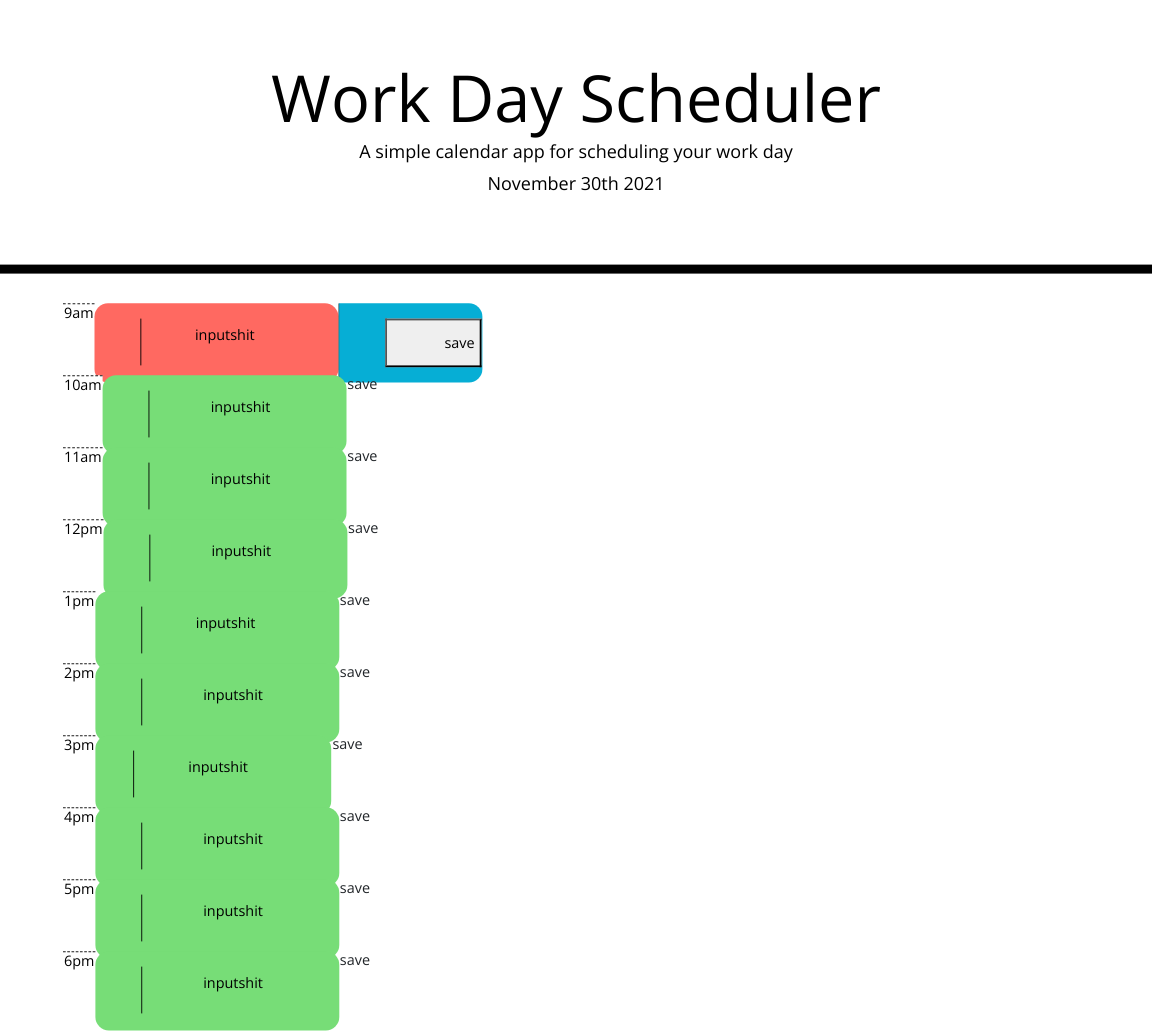
Repository: Naomilounsbury/work-day-scheduler
Page: index.html
The author's editor kept a copy of each file at every save. The page is drawn from the files as they stood at one save, then again after the next save.
The browser window is 1280 px wide. The pictures show the whole page, at 90% of full size.
Some web libraries are served in a nearby version.

Above is the page before, as saved 2021-12-01 20:30:28.

### index.html
<!DOCTYPE html>
<html lang="en">
  <head>
    <meta charset="UTF-8" />
    <meta name="viewport" content="width=device-width, initial-scale=1.0" />
    <meta http-equiv="X-UA-Compatible" content="ie=edge" />
    <link
      rel="stylesheet"
      href="https://stackpath.bootstrapcdn.com/bootstrap/4.3.1/css/bootstrap.min.css"
    />
    <link
      rel="stylesheet"
      href="https://use.fontawesome.com/releases/v5.8.1/css/all.css"
      integrity="sha384-50oBUHEmvpQ+1lW4y57PTFmhCaXp0ML5d60M1M7uH2+nqUivzIebhndOJK28anvf"
      crossorigin="anonymous"
    />
    <link
      href="https://fonts.googleapis.com/css?family=Open+Sans&display=swap"
      rel="stylesheet"
    />
    <link rel="stylesheet" href="./assets/css/style.css" />
    <title>Work Day Scheduler</title>
  </head>

  <body>
    <header class="jumbotron">
      <h1 class="display-3">Work Day Scheduler</h1>
      <p class="lead">A simple calendar app for scheduling your work day</p>
      <p id="currentDay" class="lead"></p>
    </header>
    <div class="container">
      <!-- Timeblocks go here -->
      <table>
        <tr class="row">
          <td class="hour">9am</td>
          <td class="time-block" id="9">
            <textarea>
            inputshit
          </textarea>
          </td>

          <td class="saveBtn">
            <button id ="btn9" value="9">
              save
            </button>
          </td>
        </tr>
        <tr class="row">
          <td class="hour">10am</td>
          <td class="time-block" id="10">
            <textarea>
              inputshit
            </textarea>
          </td>
          <td>save</td>
        </tr>
        <tr class="row">
          <td class="hour">11am</td>
          <td class="time-block" id="11">
            <textarea>
              inputshit
            </textarea>
          </td>
          <td>save</td>
        </tr>
        <tr class="row">
          <td class="hour">12pm</td>
          <td class="time-block" id="12">
            <textarea>
              inputshit
            </textarea>
          </td>
          <td>save</td>
        </tr>
        <tr class="row">
          <td class="hour">1pm</td>
          <td class="time-block" id="13">
            <textarea>
            inputshit</textarea>
          </td>
          <td>save</td>
        </tr>
        <tr class="row">
          <td class="hour">2pm</td>
          <td class="time-block" id="14">
            <textarea>
              inputshit
            </textarea>
          </td>
          <td>save</td>
        </tr>
        <tr class="row">
          <td class="hour">3pm</td>
          <td class="time-block" id="15">
          <textarea>
            inputshit
          </textarea>
          </td>
          <td>save</td>
        </tr>
        <tr class="row">
          <td class="hour">4pm</td>
          <td class="time-block" id="16">
            <textarea>
              inputshit
            </textarea>
          </td>
          <td>save</td>
        </tr>
        <tr class="row">
          <td class="hour">5pm</td>
          <td class="time-block" id="17">
            <textarea>
              inputshit
            </textarea>
          </td>
          <td>save</td>
        </tr>
        <tr class="row">
          <td class="hour">6pm</td>
          <td class="time-block" id="18">
            <textarea>
              inputshit
            </textarea>
          </td>
          <td>save</td>
        </tr>
      </table>
    </div>

    <script src="https://code.jquery.com/jquery-3.4.1.min.js"></script>
    <script src="https://cdnjs.cloudflare.com/ajax/libs/moment.js/2.24.0/moment.min.js"></script>
    <script src="assets/js/script.js"></script>
</body>
</html>

### assets/css/style.css
body {
  font-family: 'Open Sans', sans-serif;
  font-size: 16px;
  line-height: 1;
}

textarea{
  background: transparent;
  border: none;
  resize: none;
  color: #000000;
  border-left: 1px solid black;
  padding: 10px;
}

.jumbotron {
  text-align: center;
  background-color: transparent;
  color: black;
  border-radius: 0;
  border-bottom: 10px solid black;
}

.description{
  white-space: pre-wrap;
}

.time-block{
  text-align: center;
  border-radius: 15px;
}

.row {
  white-space: pre-wrap;
  height: 80px;
  border-top: 1px solid white;;
}

.hour {
  background-color: #ffffff;
  color: #000000;
  border-top: 1px dashed #000000;
}

.past {
  background-color: #d3d3d3;
  color: white;
}

.present {
  background-color: #ff6961;
  color: white;
}

.future {
  background-color: #77dd77;
  color: white;
}

.saveBtn {
  border-left: 1px solid black;
  border-top-right-radius: 15px;
  border-bottom-right-radius: 15px;
  background-color: #06AED5;
  color: white;
}

.saveBtn i:hover {
  font-size: 20px;
  transition: all .3s ease-in-out;
}

### assets/js/script.js
//using moment to get the current time
currentTime = moment();
//connected it to the current day spot in the html
currentDayEl = document.querySelector("#currentDay");
var displayDate = currentTime.format('MMMM Do YYYY');
currentDayEl.innerText = displayDate
//going to get my timeblock element
timeBlockEl = document.querySelectorAll(".time-block");
//made a function called checkTime to check the current time to compare with the time on the scheduler
var checkTime = function(currentEl){
    //will maybe hit a block because will use 24 hours as ids but if the current time that I chose from moment is 12 hours they wont match up
    var timeBlock = moment().hour(parseInt(currentEl.id))
    console.log(timeBlock)
    //if the block hour id is less than the current time hour we return the class name past
    if (timeBlock.hour() < currentTime.hour()){
        return "past"
    }
    if (timeBlock.hour() > currentTime.hour()){
        return "future"
    }
    if (timeBlock.hour()=== currentTime.hour()){
        return "present"
    }

    //if element is in the past return past
    //if element is in the future return future
    //if element is in the present return present
}
for(i=0; i<=timeBlockEl.length-1; i++){
    //timeblock elements already have the class timeblock. If we just replaced the class with future or present
    //it would erase the class, so we want to add to the class
    //check time returns the new class

    timeBlockEl[i].className = timeBlockEl[i].className + " " + checkTime(timeBlockEl[i])
console.log(checkTime(timeBlockEl[i]))
}
// var saveData = function (){

// }
// saveData.addEventListener("click", function () {
//     var initials = input.value
//     console.log(initials)
//     var object = {
//         //key value pair, key being the name of the property within the object, the value being the actual data or content
//         initials: initials, score: score

    // }
    //pushing my scores onto my array
    // highScores.push(object)
    // //making my high scores object into a string
    // localStorage.setItem("highScores", JSON.stringify(highScores))

After the next save:
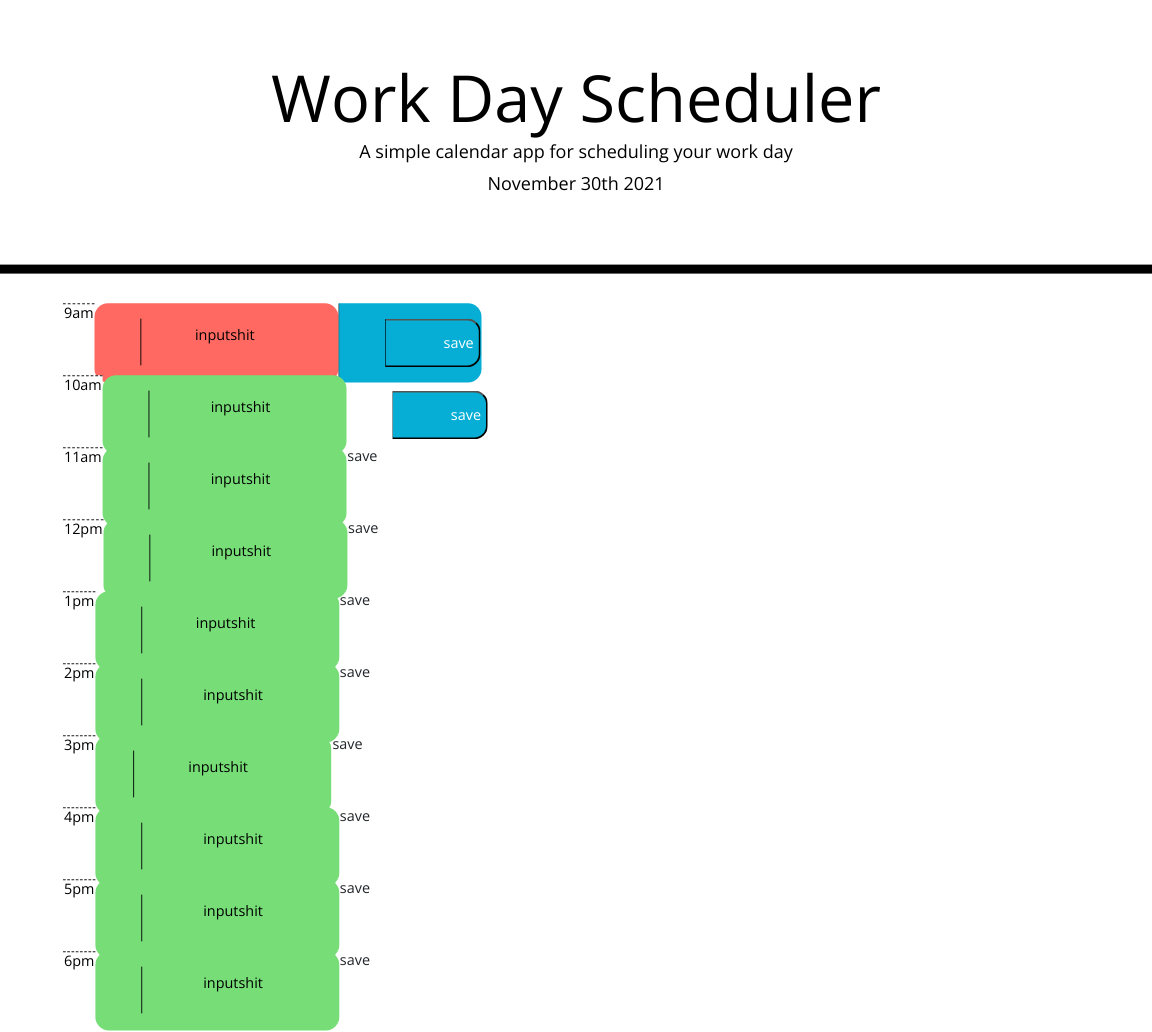
Saved 3 min 1 s later.
--- a/index.html
+++ b/index.html
@@ -40,7 +40,7 @@
           </td>
 
           <td class="saveBtn">
-            <button id ="btn9" value="9">
+            <button id ="btn9" class = "saveBtn" value="9">
               save
             </button>
           </td>
@@ -52,7 +52,11 @@
               inputshit
             </textarea>
           </td>
-          <td>save</td>
+          <td>
+            <button id ="btn10" class = "saveBtn" value="10">
+              save
+            </button>
+          </td>
         </tr>
         <tr class="row">
           <td class="hour">11am</td>
